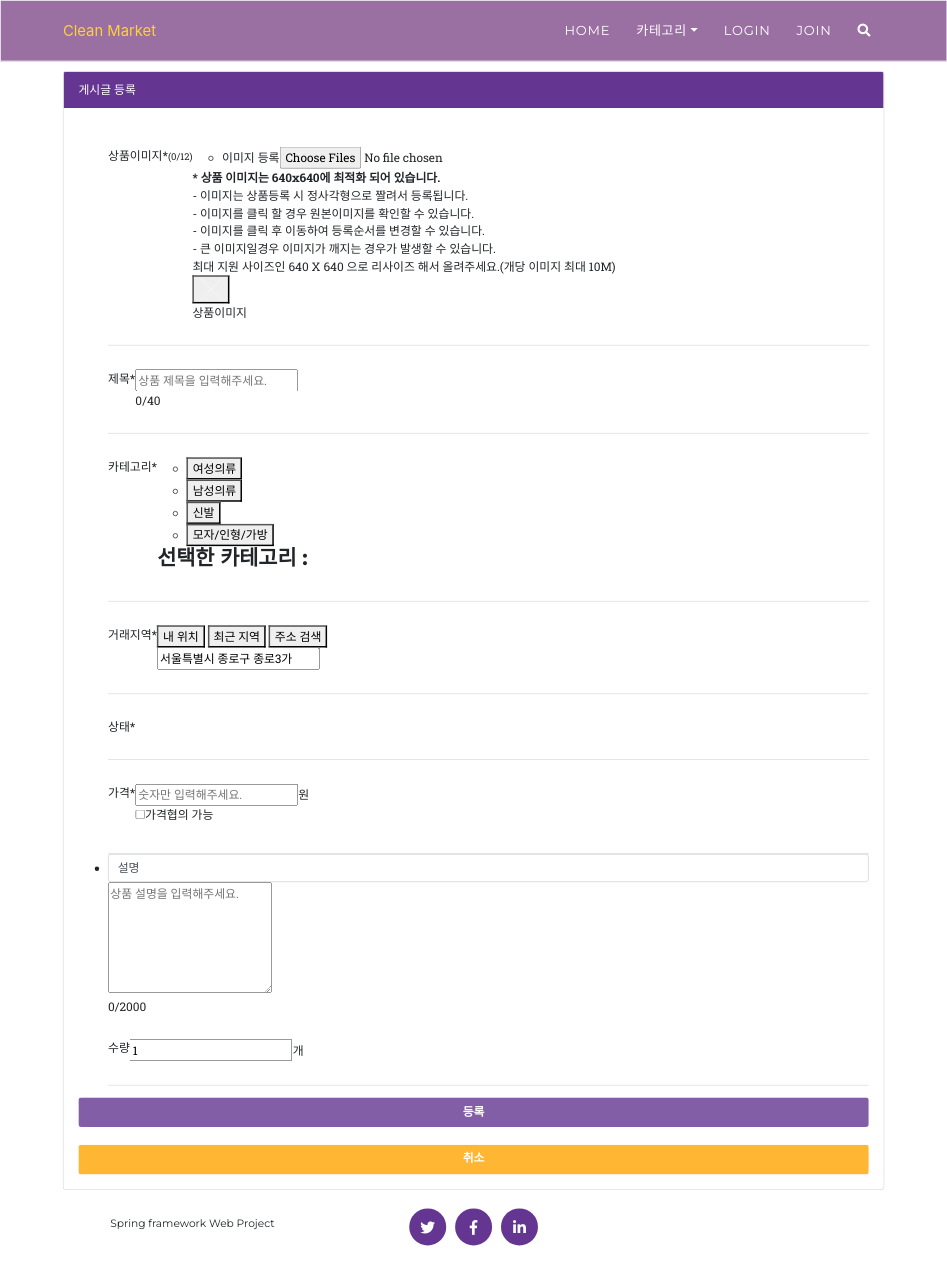
Repository: mim-mim-ji/Cleanmarket_web
Page: http://localhost/CleanMarket/WEB-INF/views/item/write.jsp
These files come from the project's save history. The page is drawn as it stood at one moment and after the next save; the edit follows.
The browser window is 1280 px wide. The pictures show the whole page, at 74% of full size.
Some web fonts or font styles are not loaded; a fallback is used. The page is served by Tomcat 9. Nobody is signed in. The template is opened directly, without the code that normally fills it, so the values that code supplies are empty.

Above is the page before, as saved 2021-03-21 01:50:09.

After the next save:
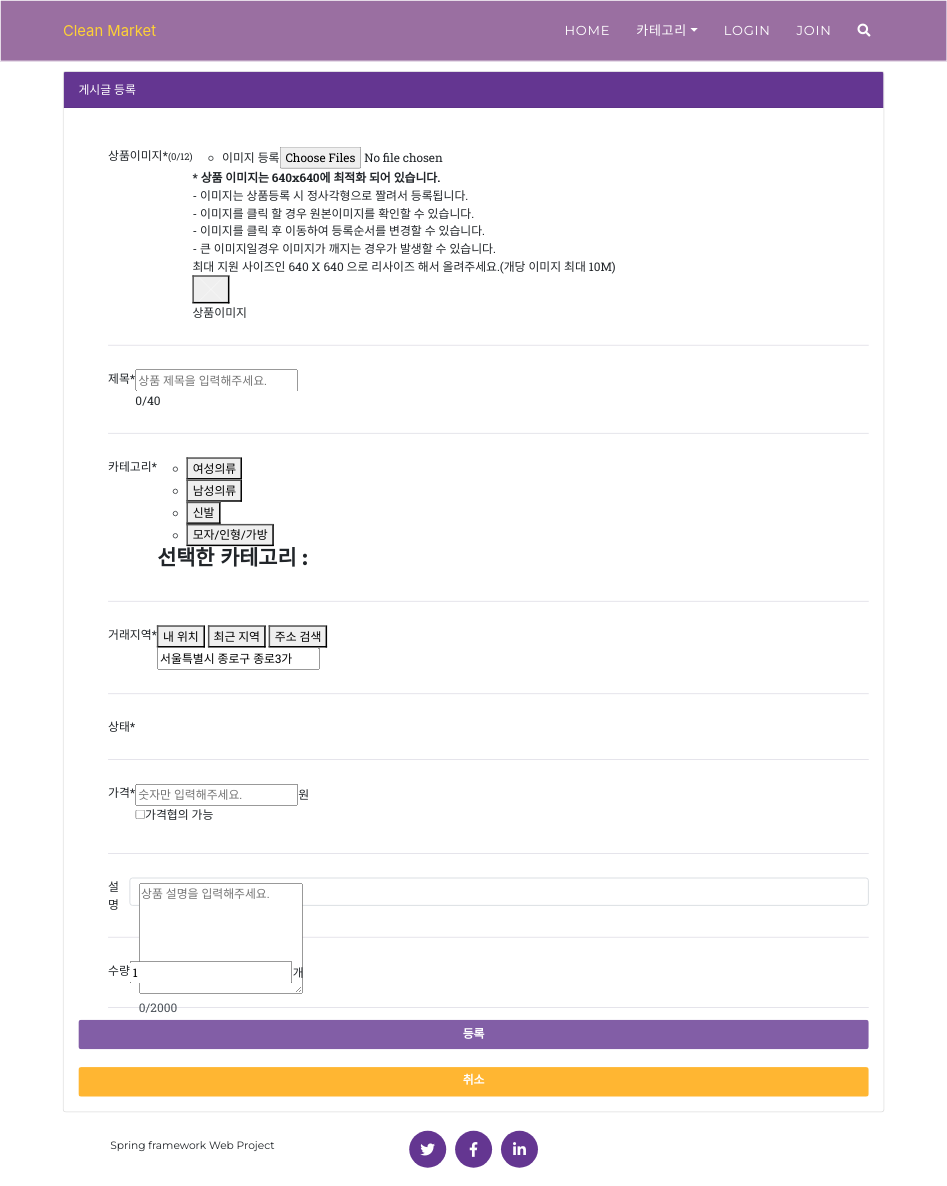
Saved 24 s later.
--- a/CleanMarket/src/main/webapp/WEB-INF/views/item/write.jsp
+++ b/CleanMarket/src/main/webapp/WEB-INF/views/item/write.jsp
@@ -126,8 +126,8 @@ header.masthead {
 										</div>
 									</div>
 								</div></li>
-							<li class=""><div class="form-control">설명</div>
-								<div class="">
+							<li class="sc-gxbSSY bphXry"><div class="sc-bXopBW edUXQu">설명</div>
+								<div class="form-control">
 									<textarea placeholder="상품 설명을 입력해주세요." rows="6"
 										class="sc-izfUZz eEjZnV"></textarea>
 									<div class="sc-eqGige gTqRab">
